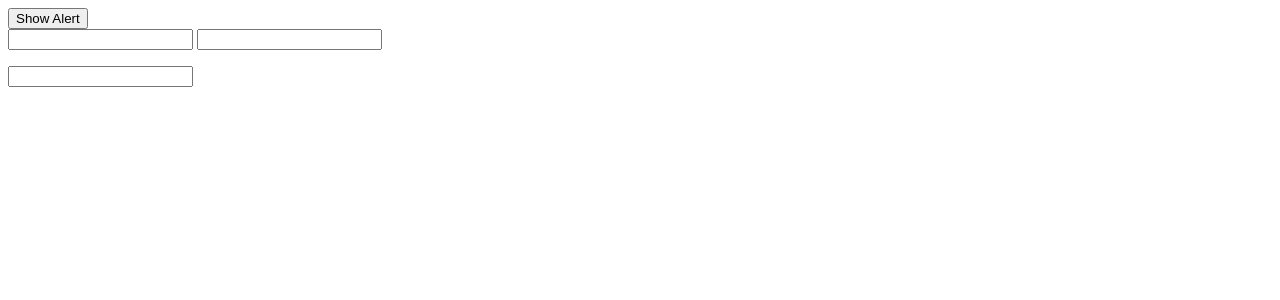
Repository: wojkos/Learn
Page: Vue/index4.html
The author's editor kept a copy of each file at every save. The page is drawn from the files as they stood at one save, then again after the next save.
The browser window is 1280 px wide. The pictures show the whole page.

Above is the page before, as saved 2018-04-09 23:45:21.

### Vue/index4.html
<!DOCTYPE html>
<html lang="en">

<head>
    <meta charset="UTF-8">
    <title>Document</title>
    <script src="vue/vue.js">
    </script>
</head>

<body>
    <div id="exercise">
        <!-- 1) Show an alert when the Button gets clicked -->
        <div>
            <button v-on:click="alert">Show Alert</button>
        </div>
        <!-- 2) Listen to the "keydown" event and store the value in a data property (hint: event.target.value gives you the value) -->
        <div>
            <input type="text" v-on:keydown="sendValue">
            <input type="text" v-on:keydown="value = $event.target.value">
            <p>{{ value }}</p>
        </div>
        <!-- 3) Adjust the example from 2) to only fire if the "key down" is the ENTER key -->
        <div>
            <input type="text" v-on:keydown.enter="sendValue">
            <p>{{ value }}</p>
        </div>
    </div>


    <script>
        new Vue({
            el: '#exercise',
            data: {
                value: ''
            },
            methods: {
                alert: function() {
                    alert('Alert!!!');
                },
                sendValue: function() {
                    this.value = event.target.value;
                }
            }
        });
    </script>
</body>

</html>

Loaded but not shown: Vue/vue/vue.js (library)

After the next save:
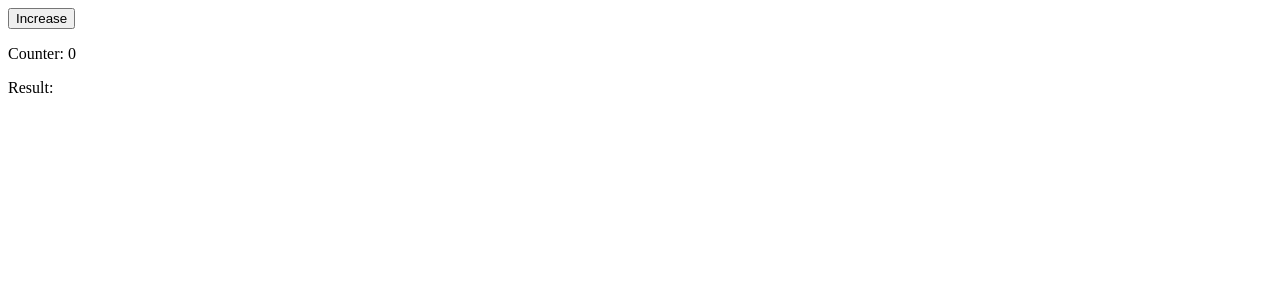
Saved 5 min 31 s later.
--- a/Vue/index4.html
+++ b/Vue/index4.html
@@ -9,37 +9,24 @@
 </head>
 
 <body>
-    <div id="exercise">
-        <!-- 1) Show an alert when the Button gets clicked -->
-        <div>
-            <button v-on:click="alert">Show Alert</button>
-        </div>
-        <!-- 2) Listen to the "keydown" event and store the value in a data property (hint: event.target.value gives you the value) -->
-        <div>
-            <input type="text" v-on:keydown="sendValue">
-            <input type="text" v-on:keydown="value = $event.target.value">
-            <p>{{ value }}</p>
-        </div>
-        <!-- 3) Adjust the example from 2) to only fire if the "key down" is the ENTER key -->
-        <div>
-            <input type="text" v-on:keydown.enter="sendValue">
-            <p>{{ value }}</p>
-        </div>
+    <div id="app">
+        <button v-on:click="increase">Increase</button>
+        <p>Counter: {{ counter }}</p>
+        <p>Result: {{ result }}</p>
     </div>
 
 
     <script>
         new Vue({
-            el: '#exercise',
+            el: '#app',
             data: {
-                value: ''
+                counter: 0,
+                result: ''
             },
             methods: {
-                alert: function() {
-                    alert('Alert!!!');
-                },
-                sendValue: function() {
-                    this.value = event.target.value;
+                increase: function() {
+                    this.counter++;
+                    this.result = this.counter > 5 ? "Greater 5" : 'Smaller 5'
                 }
             }
         });
